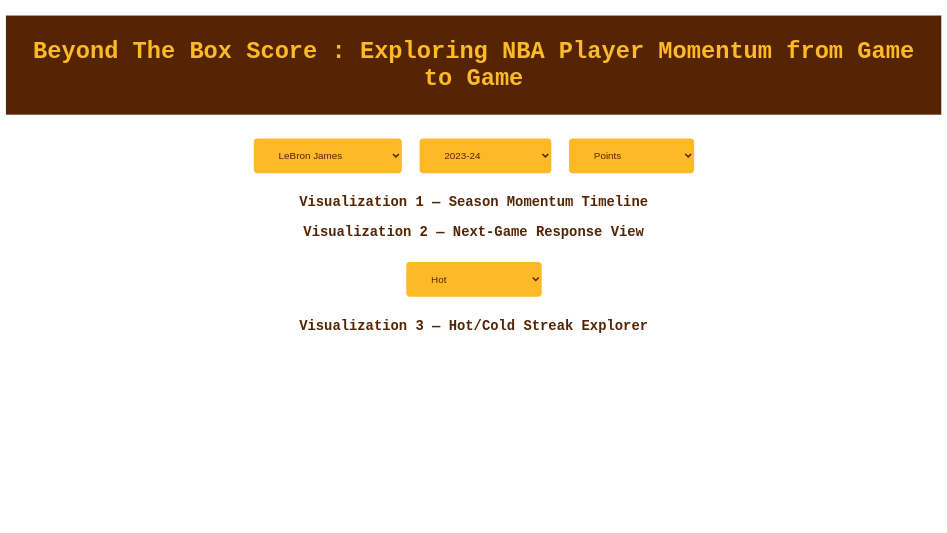
Repository: houdafatih/Data-Viz-Project
Page: index.html
An editor plug-in stored every save of this project. The page is shown before and after the next save, followed by the edit.
The browser window is 1280 px wide. The pictures show the whole page, at 74% of full size.

Above is the page before, as saved 2026-06-19 10:26:39.

### index.html
<!DOCTYPE html>
<html>
   <head>
    <meta charset="UTF-8"/>
    <title>Beyond The Box Score</title>
    <link rel="stylesheet" href="style.css" >
  </head>
  <body>
     <h1>Beyond The Box Score : Exploring NBA Player Momentum from Game to Game</h1>

     <div class="selection">
        <select id="playerSelect">
            <option selected disabled>Select a Player</option>
        </select>

        <select id="seasonSelect">
            <option selected disabled>Select a Season</option>
        </select>

        <select id="metricSelect">
            <option selected disabled>Select a metric</option>
            <option value="pts">Points</option>
            <option value="fga">FGA</option>
            <option value="min">Minutes</option>
            <option value="fg_pct">FG%</option>
            <option value="plus_minus">Plus/Minus</option>
        </select>
     </div>

     <h3>Visualization 1 — Season Momentum Timeline</h3>
     <div id="vizual1"></div>

     <h3>Visualization 2 — Next-Game Response View</h3>
     <div class="selection">
        <select id="performanceSelect">
            <option selected disabled>Select event type</option>
            <option value="all">All</option>
            <option value="hot">Hot</option>
            <option value="cold">Cold</option>
            <option value="normal">Normal</option>
        </select>
     </div>
     <div id="vizual2"></div>

     <h3>Visualization 3 — Hot/Cold Streak Explorer</h3>
     <!---<div id="vizual3"></div>

     <h3>Visualization 4 — Context Impact View</h3>
     <div id="vizual4"></div> ---->

  </body>
  <script src="https://d3js.org/d3.v7.min.js"></script>
  <script type="module" src="index.js"></script>
</html>

### style.css
body{
    padding: 0px;
}
h1{
  text-align: center;
  font-size: 2rem;
  font-family: "Courier New", Courier, monospace;
  color : #fdb927;
  background-color: #552503;
  padding: 30px;

}
.selection{
    text-align: center;
}
select{
    margin: 10px;
    padding: 15px 30px;
    border-radius: 5px;
    border: none;
    background: #fdb927;
    color:#552503;

}
select option:hover{
    background-color: #fdb927;
}



h3{
    color: #552503;
    font-family: "Courier New", Courier, monospace;
    text-align: center;
}
.tick{
    font-size: 5px;
}
line{
    stroke-width: 0.5px;
}
.label{
    color: #552503;
    font-family: "Courier New", Courier, monospace;
    font-weight: bold;
}

.tooltip{
    position: fixed;
    background: wheat;
    border: 1px solid #ccc;
    padding: 10px;
    font-size: 15px;
    opacity: 0;
    pointer-events: none;

}
text{
    font-family: "Courier New", Courier, monospace;
}
.tooltip2{
    position: fixed;
    background: #fdb927;
    border: 1px solid #ccc;
    padding: 10px;
    font-size: 15px;
    visibility: hidden;
    pointer-events: none;
}
.line2{
    stroke-width: 1px;
}

### index.js
import {playersData,seasonData} from "./scripts/utils.js";
import { drawVisualization1 } from "./scripts/visualization1.js";
import { drawVisualization2 } from "./scripts/visualization2.js";

d3.csv("data/nba.csv").then(function(data){

   data.forEach(element => {
        element.player_id = +element.player_id
        element.game_index = +element.game_index
        element.pts = +element.pts
        element.fga = +element.fga
        element.min = +element.min
        element.fg_pct = +element.fg_pct
        element.plus_minus = +element.plus_minus
        element.next_pts = +element.next_pts
        element.next_fga = +element.next_fga
        element.next_min = +element.next_min
        element.next_fg_pct = +element.next_fg_pct
        element.rolling_pts_avg_3 = +element.rolling_pts_avg_3
        element.baseline_pts = +element.baseline_pts
        element.pts_diff_from_baseline = +element.pts_diff_from_baseline
        element.streak_length = +element.streak_length
   });

   playersData(data)
   seasonData(data)

   const nba_data = data

   d3.select("#playerSelect").property("value",data[0].player_name)

   d3.select("#seasonSelect").property("value",data[0].season_year)

   d3.select("#metricSelect").property("value","pts")

   d3.select("#performanceSelect").property("value","hot")


   d3.select("#playerSelect").on("change",() => updateVisualizations(nba_data))
   d3.select("#seasonSelect").on("change",() => updateVisualizations(nba_data))
   d3.select("#metricSelect").on("change",() => updateVisualizations(nba_data))
   d3.select("#performanceSelect").on("change",() => updateVisualizations(nba_data))

})

function updateVisualizations(nba_data){
    const player = d3.select("#playerSelect").property("value")
    const season = d3.select("#seasonSelect").property("value")
    const metric = d3.select("#metricSelect").property("value")
    const eventT = d3.select("#performanceSelect").property("value")

    if(player === "Select a Player" || season === "Select a Season" || metric === "Select a metric"){
        return
    }

    let data_filter = nba_data.filter(d => d.player_name === player && d.season_year == season)
    drawVisualization1(data_filter,"#vizual1",metric)

    if(eventT === "Select event type"){
        return
    }
    drawVisualization2(data_filter,"#vizual2",metric,eventT)

}

### scripts/utils.js
export function playersData(data){
    const players_list = [...new Set(data.map(dt => dt.player_name))]

    d3.select("#playerSelect").selectAll(".players-options").data(players_list)
    .enter().append("option").attr("class","players-options").attr("value",dt=>dt).text(dt => dt)
}

export function seasonData(data){
    const seasons_list = [...new Set(data.map(dt => dt.season_year))]
    d3.select("#seasonSelect").selectAll(".seasons-options").data(seasons_list)
    .enter().append("option").attr("class","seasons-options").attr("value",dt=>dt).text(dt => dt)
}

### scripts/visualization1.js
export function drawVisualization1(data,id,metric){
     if(data.length === 0) {
        clearCanvas(id)
        return
    }
     const canvas = createCanvas()

     clearCanvas(id)

     const svg = addSvg(id,canvas)
     const sc = addScales(data,canvas,metric)

     addAxes(svg,sc,canvas)
     addMetricLine(svg,sc,data,metric)
     addAverageLine(svg,sc,data,metric)
     addBaselineLine(svg,sc,data,metric)
     addPoints(svg,sc,data,metric)
     addLabels(svg,canvas,metric)

     addLegends(svg,canvas)
}

function createCanvas(){
    return{
        width : 600, height: 200, margin:{top: 20,right:100, bottom:60, left:50}
    }
}

function clearCanvas(id){
    d3.select(id).html("")
}

function addSvg(id,canvas){
    return d3.select(id).append("svg").attr("viewBox",`0 0 ${canvas.width} ${canvas.height}`)
}

function addScales(data,canvas,metric){
    const xScale =
    d3.scaleLinear().domain(d3.extent(data,dt => dt.game_index))
    .range([canvas.margin.left,canvas.width - canvas.margin.right])

    const yScale =
      d3.scaleLinear().domain([d3.min(data,d => d[metric]),d3.max(data,d => d[metric])])
      .nice().range([canvas.height - canvas.margin.bottom,canvas.margin.top])

    return {xScale,yScale}
}

function addAxes(svg, scales, canvas){
    svg.append("g").attr("transform",`translate(0, ${canvas.height - canvas.margin.bottom})`)
    .call(d3.axisBottom(scales.xScale))

    svg.append("g").attr("transform",`translate(${canvas.margin.left},0)`)
    .call(d3.axisLeft(scales.yScale))
}

function addMetricLine(svg,scales,data,metric){
    let line = d3.line().x(d => scales.xScale(d.game_index)).y(d => scales.yScale(d[metric]))

    svg.append("path").datum(data).attr("fill","none").attr("stroke","#222")
     .attr("stroke-width",0.8).attr("d",line)
}

function addAverageLine(svg,scales,data,metric){
    if(metric != "pts") return
    let avg_line = d3.line().x(d => scales.xScale(d.game_index)).y(d => scales.yScale(d.rolling_pts_avg_3))

    svg.append("path").datum(data).attr("fill","none").attr("stroke","#fdb927")
     .attr("stroke-width",0.5).attr("d",avg_line)
}

function addBaselineLine(svg,scales,data,metric){

    let base_line = d3.mean(data,d => d[metric])


    svg.append("line")
    .attr("x1",scales.xScale(d3.min(data,dt => dt.game_index))).attr("x2",scales.xScale(d3.max(data,dt => dt.game_index)))
    .attr("y1",scales.yScale(base_line)).attr("y2",scales.yScale(base_line))
    .attr("stroke","#777").attr("stroke-dasharray","6 4")
}

function addPoints(svg,scales,data,metric){
    const tooltip = toolTip()

    svg.selectAll("circle").data(data).enter()
     .append("circle").attr("class","game-pt")
     .attr("cx", d => scales.xScale(d.game_index))
     .attr("cy",d => scales.yScale(d[metric]))
     .attr("r",2).attr("fill",d => colorPoint(d.performance_label))
     .on("mouseover",function(event,d){
        d3.select(this).attr("r",3)
        tooltip.style("opacity",1).html(tooltipInformations(d))
     })
     .on("mousemove",function(event){
        tooltip.style("left",event.clientX+15+"px")
          .style("top",event.clientY-20+"px")
     })
     .on("mouseout",function(){
        d3.select(this)
        .attr("r",2)
        tooltip.style("opacity",0)
     })
     //.on("click",function(event,d){
       // highlightGameandNextGame(svg,data,d)
    // })



}

function colorPoint(perf){
    if(perf === "hot") return "#d94801"
    if(perf === "cold") return "#3182bd"
    return "#999"
}

function addLabels(svg,canvas,metric){
    svg.append("text").attr("class","label")
    .attr("x",canvas.width - 100).attr("y",canvas.height-40)
    .attr("text-anchor","middle").attr("font-size","5px")
    .text("Game Order")

    svg.append("text").attr("class","label")
    .attr("x",40).attr("y",10)
    .attr("text-anchor","middle").attr("font-size","5px")
    .text(metricName(metric))
}

function metricName(metric){
    if(metric === "pts") return "Points"
    if(metric === "fga") return "Field Goal Attempts"
    if(metric === "min") return "Minutes"
    if(metric === "fg_pct") return "Field Goal Percentage"
    if(metric === "plus_minus") return "Plus / Minus"
}

function addLegends(svg,canvas){
    const lg = svg.append("g").attr("transform",
        `translate(${canvas.width - canvas.margin.right+20},${canvas.margin.top-10})`)


    lg.append("circle").attr("cx",0).attr("cy",0).attr("r",2).attr("fill","#d94801")
    lg.append("text").attr("x",5).attr("y",2).text("Hot game").attr("font-size","5px")

    lg.append("circle").attr("cx",0).attr("cy",10).attr("r",2).attr("fill","#999")
    lg.append("text").attr("x",5).attr("y",12).text("Normal game").attr("font-size","5px")

    lg.append("circle").attr("cx",0).attr("cy",20).attr("r",2).attr("fill","#3182bd")
    lg.append("text").attr("x",5).attr("y",22).text("Cold game").attr("font-size","5px")


    lg.append("line").attr("x1",0).attr("x2",20).attr("y1",30).attr("y2",30)
    .attr("stroke","black").attr("stroke-width",2)
    lg.append("text").attr("x",21).attr("y",30).text(" = Metric").attr("font-size","5px")

    lg.append("line").attr("x1",0).attr("x2",20).attr("y1",40).attr("y2",40)
    .attr("stroke","black").attr("stroke-dasharray","6 4")
    lg.append("text").attr("x",21).attr("y",40).text(" = Baseline").attr("font-size","5px")

    lg.append("line").attr("x1",0).attr("x2",20).attr("y1",50).attr("y2",50)
    .attr("stroke-width",2).attr("stroke","#fdb927")
    lg.append("text").attr("x",21).attr("y",50).text(" = Rolling Average").attr("font-size","5px")
}

function toolTip(){
    let tooltip = d3.select("body").select(".tooltip")
    if(tooltip.empty()){
        tooltip = d3.select("body").append("div").attr("class","tooltip")
    }

    return tooltip
}

function tooltipInformations(data){
    return `<strong> Game ${data.game_index} </strong><br>
            Date : ${data.game_date}<br>
            Home/Away : ${data.home_away}<br>
            Points : ${data.pts}<br>
            Minutes : ${data.min}<br>
            FGA : ${data.fga}<br>
            Next Game Points : ${data.next_pts}<br>`
}

function highlightGameandNextGame(svg,data,selected){
    const nextG = data.find(d => d.game_index === selected.game_index + 1)

    svg.selectAll(".game-point").attr("r",8).attr("stroke","none").attr("opacity",0.4)

    svg.selectAll(".game-point").filter(d => d.game_index === selected.game_index)
    .attr("stroke","black").attr("stroke-width",3).attr("r",5).attr("opacity",1)

    if(nextG){
        svg.selectAll(".game-point").filter(d => d.game_index === nextG.game_index)
       .attr("stroke","#3182bd").attr("stroke-width",3).attr("r",8).attr("opacity",1)
    }
}

### scripts/visualization2.js
export function drawVisualization2(data,id,metric,eventT){
    if(data.length === 0) {
        clearCanvas(id)
        return
    }


     let new_data = createData(data,metric)

     if(eventT !== "all"){
        new_data = new_data.filter(d => performance_filter(d.current_g,data,metric) === eventT)
     }

     const canvas = createCanvas(new_data)

     clearCanvas(id)

     const svg = addSvg(id,canvas)

     draw_Header(svg,200,400)
     draw_Rows(svg,new_data,200,400,canvas.margin,15)
     addSummaryCard(svg,new_data,eventT,canvas)

}
function createCanvas(new_data){
    return{
        width : 600, height: 100 + new_data.length *16 , margin:{top: 20,right:100, bottom:60, left:50}
    }
}

function clearCanvas(id){
    d3.select(id).html("")
}

function addSvg(id,canvas){
    return d3.select(id).append("svg").attr("viewBox",`0 0 ${canvas.width} ${canvas.height}`)
}

function createData(data,metric){
   const new_data = data.slice().sort((a,b) => a.game_index - b.game_index)

   return new_data.slice(0,-1).map((d,j) => {
      const nextG = new_data[j+1]

      return {
        eventN: j+1,
        game_idx : d.game_index,
        nextg_index : nextG.game_index,
        current_v: d[metric],
        next_v : nextG[metric],
        difference : nextG[metric] - d[metric],
        current_g : d,
        next_g : nextG
      }
   })
}

function draw_Header(svg,left,right){
    svg.append("text").attr("x",left).attr("y",30)
    .attr("text-anchor","middle").attr("font-weight","bold").attr("font-size","8px").text("Game n")

    svg.append("text").attr("x",right).attr("y",30)
    .attr("text-anchor","middle").attr("font-weight","bold").attr("font-size","8px").text("Game n+1")

}

function draw_Rows(svg,new_data,left,right,margin,r_height){
    const tooltip = toolTip2(new_data)

    const rows = svg.selectAll(".response-row").data(new_data).enter()
     .append("g").attr("class","response-row")
     .attr("transform",(d,j) => `translate(0,${margin.top+j*r_height})`)

    rows.append("text").attr("x",100).attr("y",35).text(d =>`Event ${d.eventN}` )
     .attr("font-size","7px").attr("font-weight","bold")
    rows.append("text").attr("x",left).attr("y",35).attr("text-anchor","end").text(d => d.current_v).attr("font-size","6px")

    const line_scale = d3.scaleLinear().domain([0,d3.max(new_data, d => Math.abs(d.difference))]).range([20,180])

    rows.append("line").attr("x1",left+10).attr("class","line2")
    .attr("x2",d => { const l= line_scale(Math.abs(d.difference))
        return left+l

    })
    .attr("y1",35).attr("y2",35).attr("stroke","black").attr("stroke-dasharray","5 3")
    .on("mouseover",function(event,d){
        tooltip.style("visibility","visible").html(tooltipInformations2(d))
     })
     .on("mousemove",function(event){
        tooltip.style("left",event.clientX+15+"px")
          .style("top",event.clientY-20+"px")
     })
     .on("mouseout",function(){
        tooltip.style("visibility","hidden")
     })

    rows.append("circle").attr("cx",left+10).attr("cy",35).attr("r",2).attr("fill","#fdb927")
    rows.append("circle").attr("cx",d => { const l= line_scale(Math.abs(d.difference))
        return left+l

    }).attr("cy",35).attr("r",2).attr("fill","#fdb927")

    rows.append("text").attr("x",right).attr("y",35).text(d => d.next_v).attr("font-size","6px")

    rows.append("text").attr("x",right+50).attr("y",35).text(d => difference_label(d.difference))
    .attr("font-size","6px").attr("fill","#552503").attr("font-weight","bold")

}

function difference_label(diff){
    if(diff > 1) return "increase"
    if(diff < -1) return "decrease"
    if(diff < 0) return "slightly decrease"
    if(diff > 0) return "slightly increase"
    return "stable"
}

function performance_filter(d,data,metric){
   const bLine = d3.mean(data,dt => dt[metric])
   const th = Math.abs(bLine) * 0.2
   const dv = d[metric] - bLine

   if(dv > th) return "hot"
   if(dv < -th) return "cold"
   return "normal"
}

function addSummaryCard(svg,new_data,eventT,canvas){

    svg.append("text").attr("x",50).attr("y",canvas.height-50)
    .attr("font-weight","bold").text(`Average change after ${eventT} games:`).attr("font-size","7px")

    const metrics_change = new_data.map(d => {
        const pts = d.current_g["next_pts"] - d.current_g["pts"]
        const fga = d.current_g["next_fga"] - d.current_g["fga"]
        const min = d.current_g["next_min"] - d.current_g["min"]
        const fg_pct = d.current_g["next_fg_pct"] - d.current_g["fg_pct"]

        return {"pts":pts,"fga":fga,"min":min,"fg_pct":fg_pct}
    })

    const means = [
        {"avg":d3.mean(metrics_change,d => d.pts),"name":"PTS"},
        {"avg":d3.mean(metrics_change,d => d.fga),"name":"FGA"},
        {"avg":d3.mean(metrics_change,d => d.min),"name":"MIN"},
        {"avg":d3.mean(metrics_change,d => d.fg_pct),"name":"FG%"}
    ]

    means.forEach((element,i) => {
        let position = canvas.margin.left+i*50
        svg.append("text").attr("x",position).attr("y",canvas.height-30)
        .attr("font-size","6px").attr("font-weight","bold")
        .text(`${element.name} : `)
        svg.append("text").attr("x",position+20).attr("y",canvas.height-30)
        .attr("font-size","6px")
        .text(`${element.avg.toFixed(2)}`)

    });

}

function toolTip2(){
    let tooltip = d3.select("body").select(".tooltip2")
    if(tooltip.empty()){
        tooltip = d3.select("body").append("div").attr("class","tooltip2")
    }

    return tooltip
}

function tooltipInformations2(data){
    console.log(data)
    return `<strong> Game n - Date: ${data.current_g["game_date"]} </strong><br>
            <strong> Game n - Opponent: ${data.current_g["opponent"]} </strong><br>
            <strong> Game n - Points: ${data.current_g["pts"]} </strong><br>
            <strong> Game n+1 - Date: ${data.next_g["game_date"]} </strong><br>
            <strong> Game n+1 - Opponent: ${data.next_g["opponent"]} </strong><br>
            <strong> Game n+1 - Points: ${data.next_g["pts"]} </strong><br>
    `
}

After the next save:
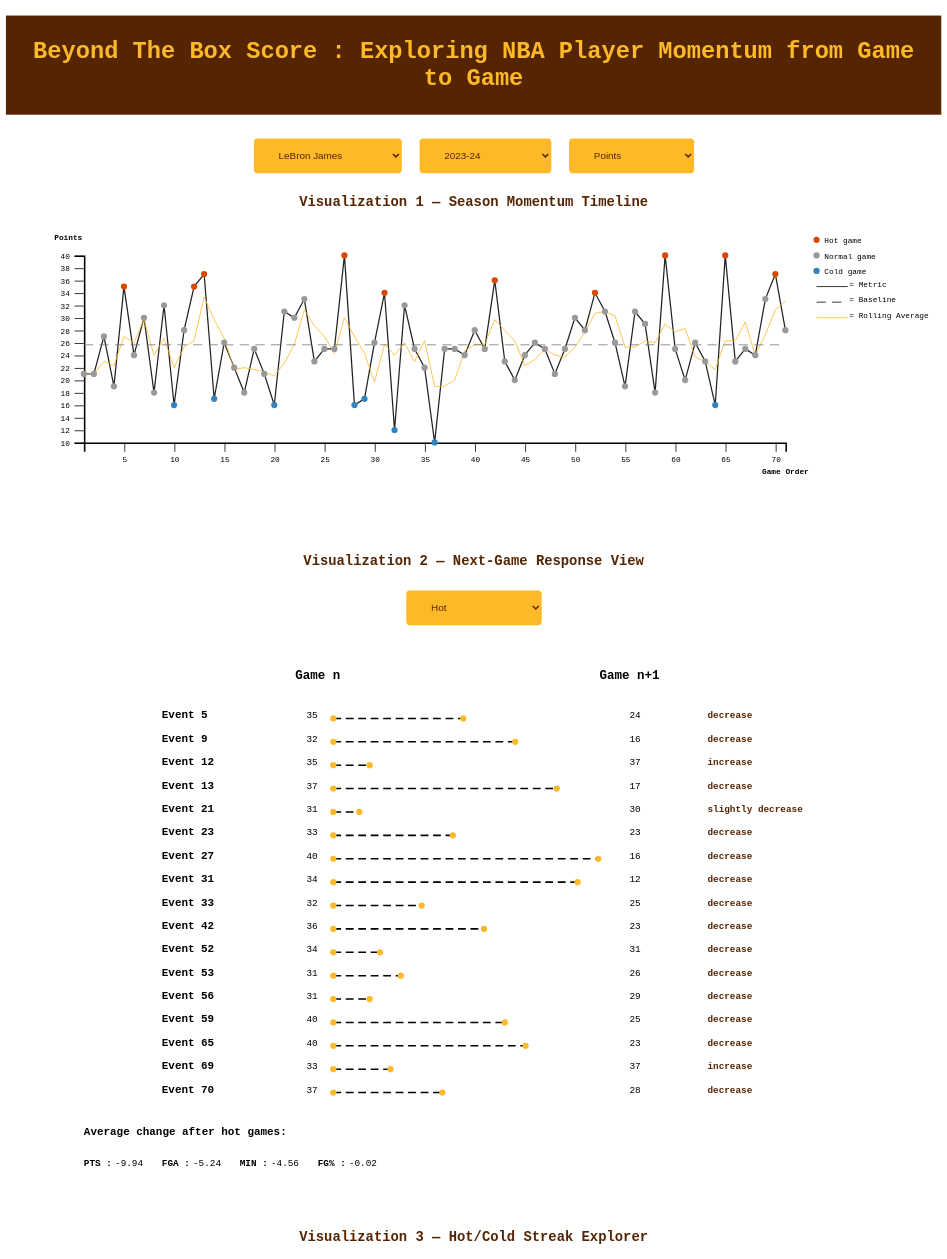
Saved 6 s later.
--- a/index.js
+++ b/index.js
@@ -34,6 +34,7 @@
    d3.select("#metricSelect").property("value","pts")
 
    d3.select("#performanceSelect").property("value","hot")
+   updateVisualizations(nba_data)
 
 
    d3.select("#playerSelect").on("change",() => updateVisualizations(nba_data))
